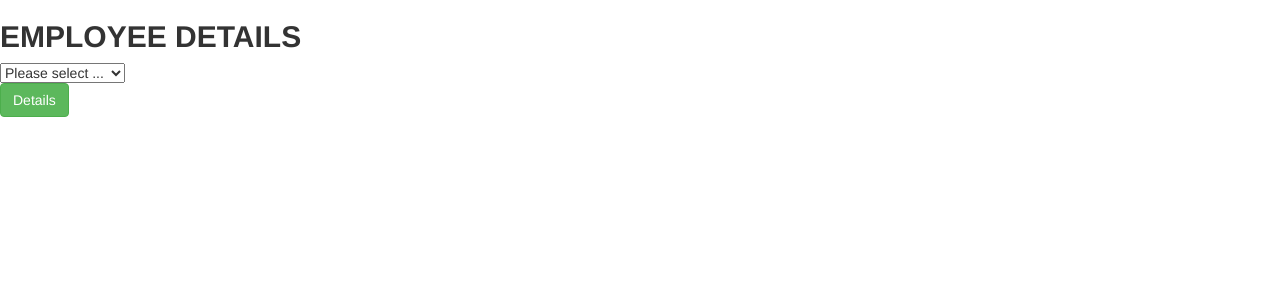
Repository: royakash07/FirstWebApplication
Page: http://localhost/SampleWebApplication/Details.jsp
An editor plug-in stored every save of this project. The page is shown before and after the next save, followed by the edit.
The browser window is 1280 px wide. The pictures show the whole page.
Some web libraries are served in a nearby version. The page is served by Tomcat 9. Other server files are loaded and not shown.

Above is the page before, as saved 2017-12-01 07:57:07.

### SampleWebApplication/WebContent/Details.jsp
<%@ page language="java" contentType="text/html; charset=ISO-8859-1"
    pageEncoding="ISO-8859-1"%>
<!DOCTYPE html PUBLIC "-//W3C//DTD HTML 4.01 Transitional//EN" "http://www.w3.org/TR/html4/loose.dtd">
<html>
<head>
<meta http-equiv="Content-Type" content="text/html; charset=ISO-8859-1">
<title>Details</title>
  <meta name="viewport" content="width=device-width, initial-scale=1">
  <link rel="stylesheet" href="https://maxcdn.bootstrapcdn.com/bootstrap/3.3.7/css/bootstrap.min.css">
  <script src="https://ajax.googleapis.com/ajax/libs/jquery/3.2.1/jquery.min.js"></script>
  <script src="https://maxcdn.bootstrapcdn.com/bootstrap/3.3.7/js/bootstrap.min.js"></script>
<meta http-equiv="Content-Type" content="text/html; charset=ISO-8859-1">
<script type="text/javascript">
function showfield(name){
	  if(name=='byId')document.getElementById('div1').innerHTML='byId: <input type="text" class="form-control" name="Id" />';
	  else if(name=='byName')document.getElementById('div1').innerHTML='<input type="text" class="form-control" name="Name" placeholder="Employee Name" />';
	  else document.getElementById('div1').innerHTML='';
	}
function myFunction() {
    var x = document.getElementById("myDIV");
    if (x.style.display === "none") {
        x.style.display = "block";
    } else {
        x.style.display = "none";
    }
}
</script>

</head>
<body>
<h2><strong>EMPLOYEE DETAILS</strong></h2>
<form action="EmployeeInformation" method="post">
<select name="empDetail" id="empDetail" onchange="showfield(this.options[this.selectedIndex].value)">
<option class="drop"selected="selected">Please select ...</option>
<option value="all">Get All Details</option>
<option value="byName">Details by Name</option>
<option value="byId">Details by Id</option>
</select>
<div id="div1">
</div>
<table>
<tr>
</table>
<input type="button"class="btn btn-success" value="Details" onclick="myFunction()">
<div id="myDIV" style="display:none">
<table border="2">
  <tr>
    <th>Employee Id</th>
    <th>Employee Name</th>
  </tr>
<tr>
<td>
</td>
</tr>
</table>
</div>
</form>
</body>
</html>

After the next save:
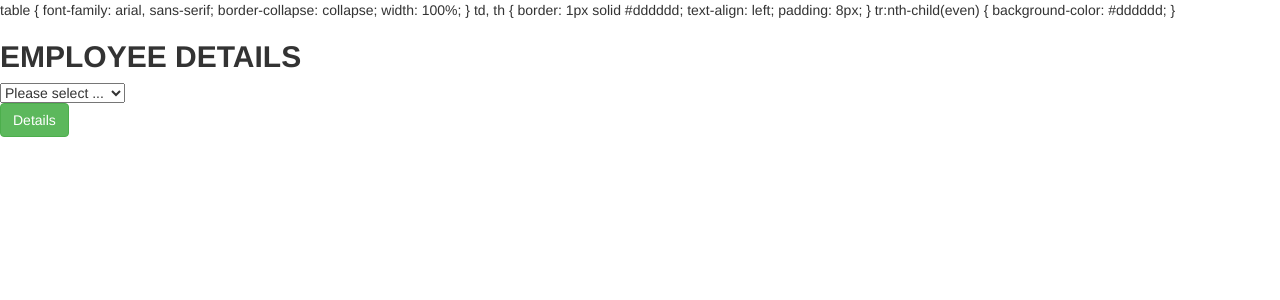
Saved 39 s later.
--- a/SampleWebApplication/WebContent/Details.jsp
+++ b/SampleWebApplication/WebContent/Details.jsp
@@ -25,7 +25,21 @@
     }
 }
 </script>
+table {
+    font-family: arial, sans-serif;
+    border-collapse: collapse;
+    width: 100%;
+}
 
+td, th {
+    border: 1px solid #dddddd;
+    text-align: left;
+    padding: 8px;
+}
+
+tr:nth-child(even) {
+    background-color: #dddddd;
+}
 </head>
 <body>
 <h2><strong>EMPLOYEE DETAILS</strong></h2>

After the save that followed:
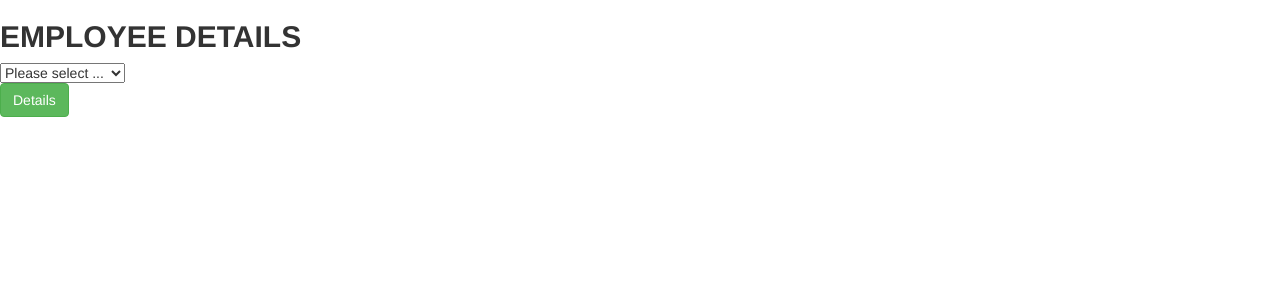
Saved 20 s later.
--- a/SampleWebApplication/WebContent/Details.jsp
+++ b/SampleWebApplication/WebContent/Details.jsp
@@ -25,6 +25,7 @@
     }
 }
 </script>
+<style>
 table {
     font-family: arial, sans-serif;
     border-collapse: collapse;
@@ -40,6 +41,7 @@
 tr:nth-child(even) {
     background-color: #dddddd;
 }
+</style>
 </head>
 <body>
 <h2><strong>EMPLOYEE DETAILS</strong></h2>
